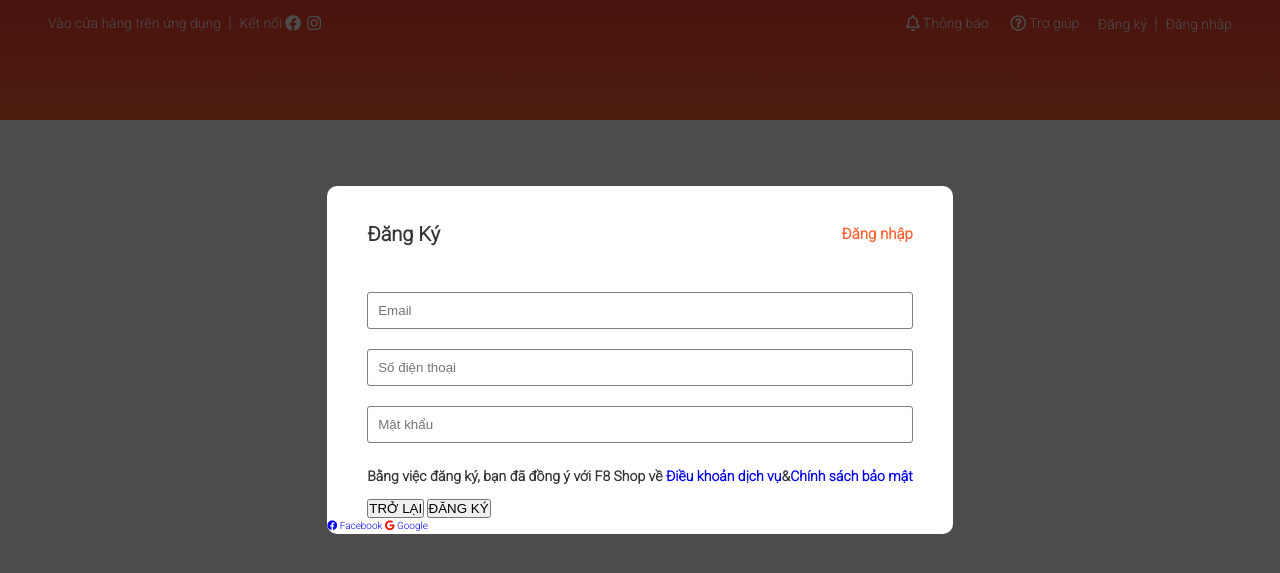
Repository: kebinh1235/Shopee-Demo
Page: index.html
These files come from the project's save history. The page is drawn as it stood at one moment and after the next save; the edit follows.
The browser window is 1280 px wide. The pictures show the whole page.

Above is the page before, as saved 2021-10-01 22:34:10.

After the next save:
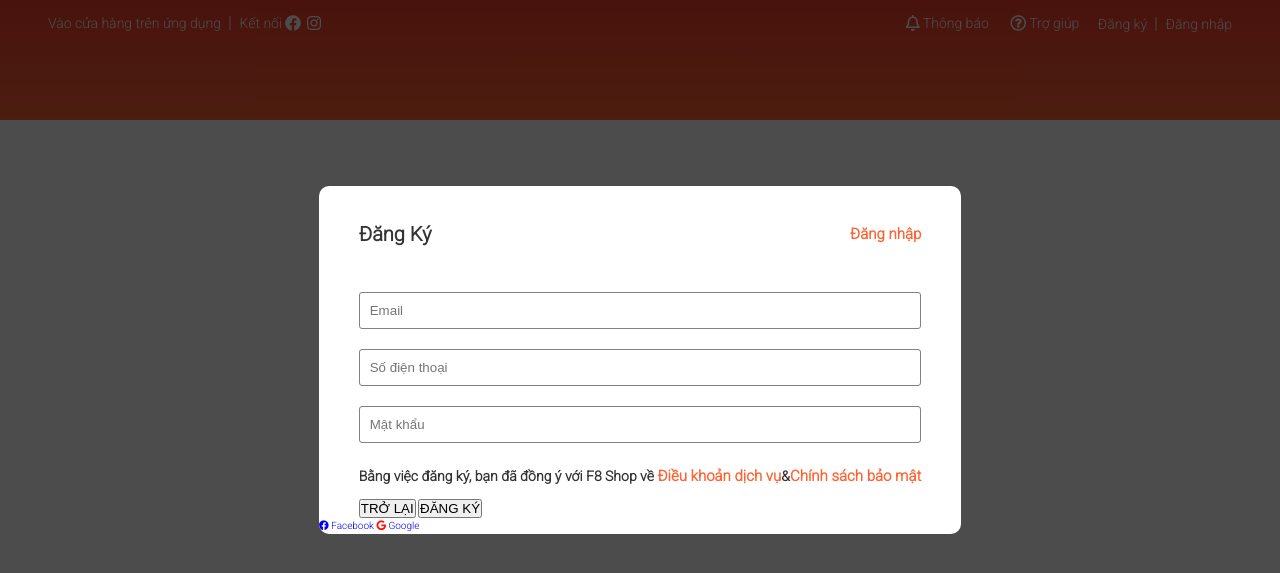
Saved 62 s later.
--- a/asset/css/main.css
+++ b/asset/css/main.css
@@ -262,8 +262,9 @@
   font-weight: bold;
   padding: 15px 0;
 }
-.auth_form-text {
-
+.auth__form-note-link {
+  color: var(--primary-color);
+  font-size: 1.5rem;
 }
 .auth__form-controls{
 
